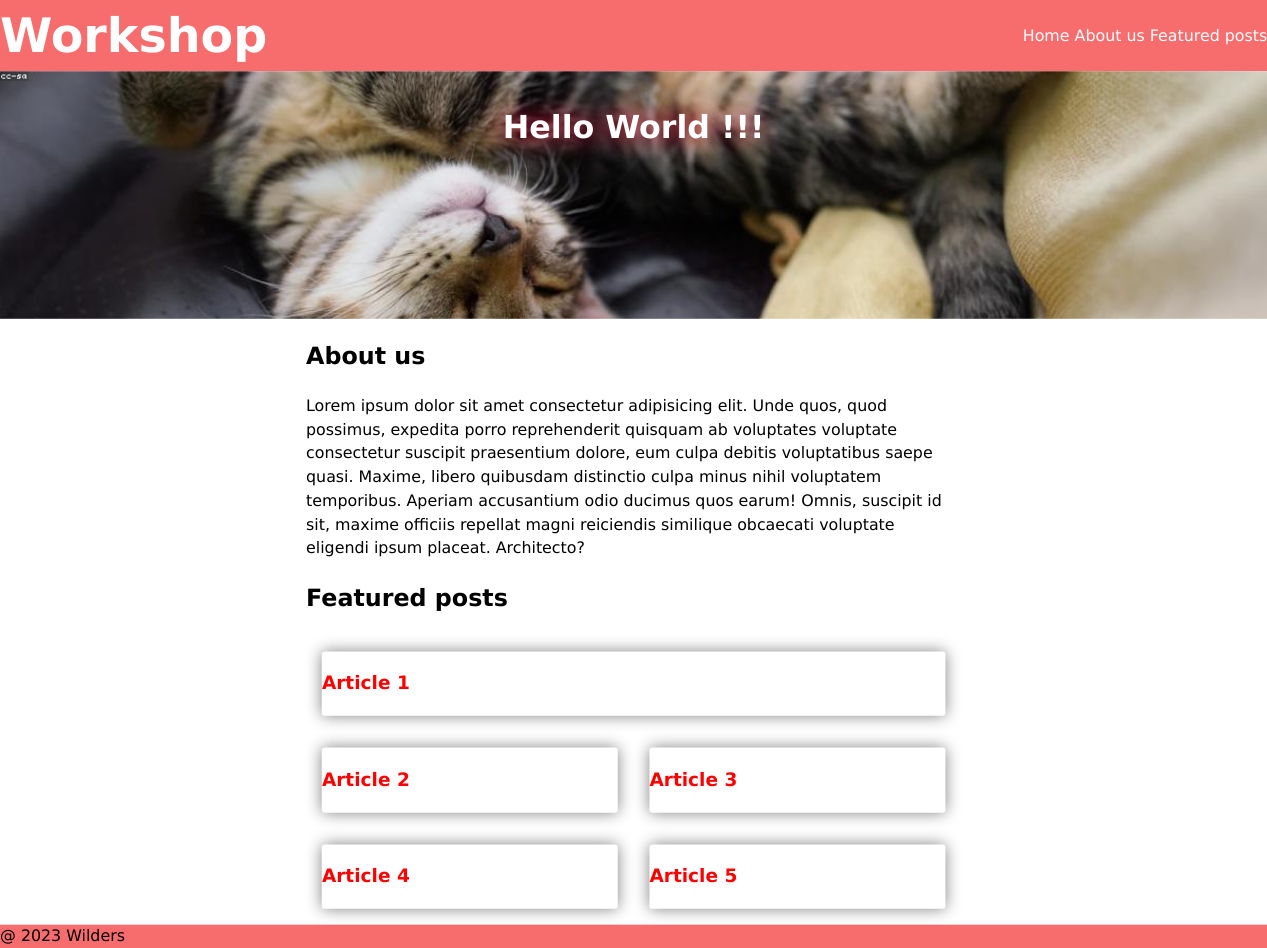
Repository: PPaillard/cssresponsive
Page: index.html
These files come from the project's save history. The page is drawn as it stood at one moment and after the next save; the edit follows.
The browser window is 1280 px wide. The pictures show the whole page, at 99% of full size.

Above is the page before, as saved 2023-03-03 15:57:49.

After the next save:
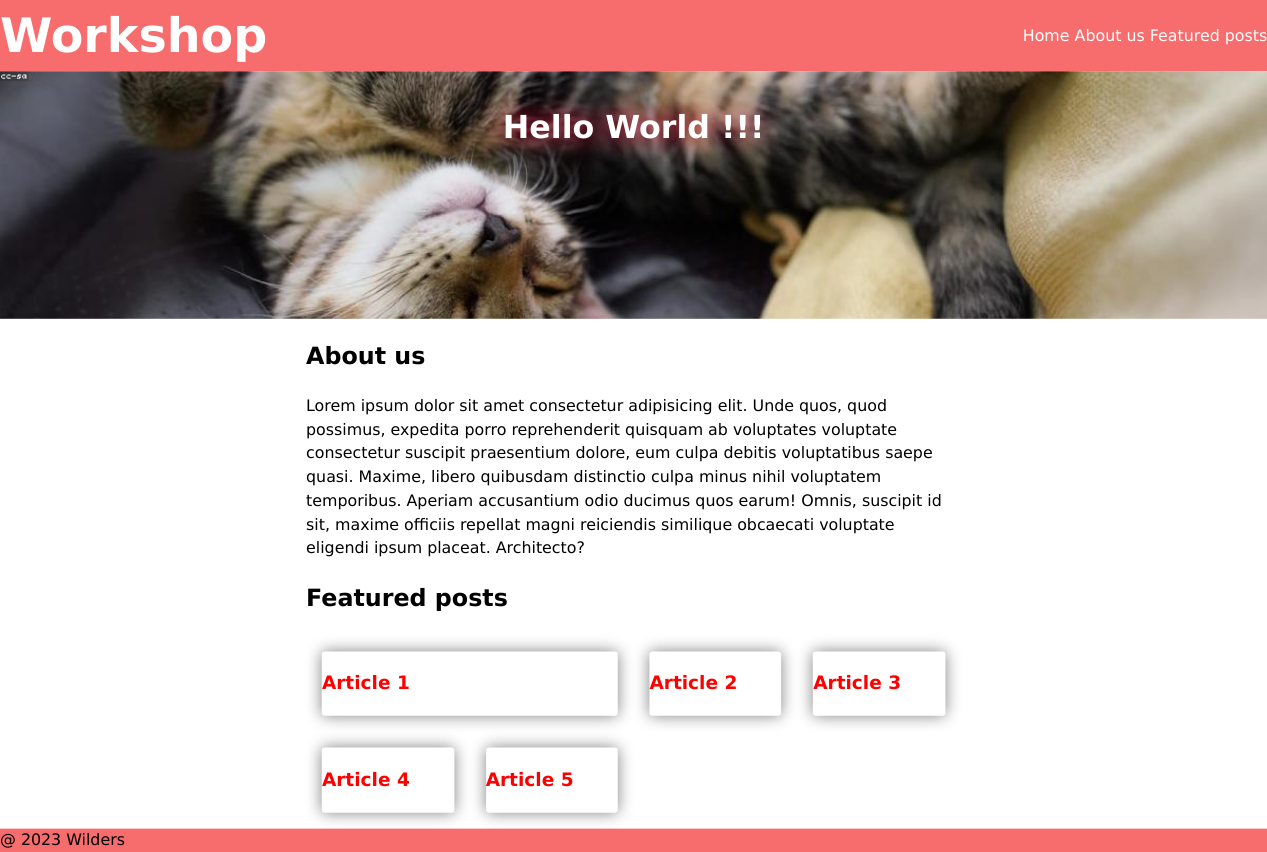
Saved 25 min 27 s later.
--- a/style.css
+++ b/style.css
@@ -86,7 +86,7 @@ footer {
     display: inline-block;
   }
 
-  #featured-posts > div:not() {
+  #featured-posts > div {
     grid-template-columns: repeat(4, 1fr);
   }
 
